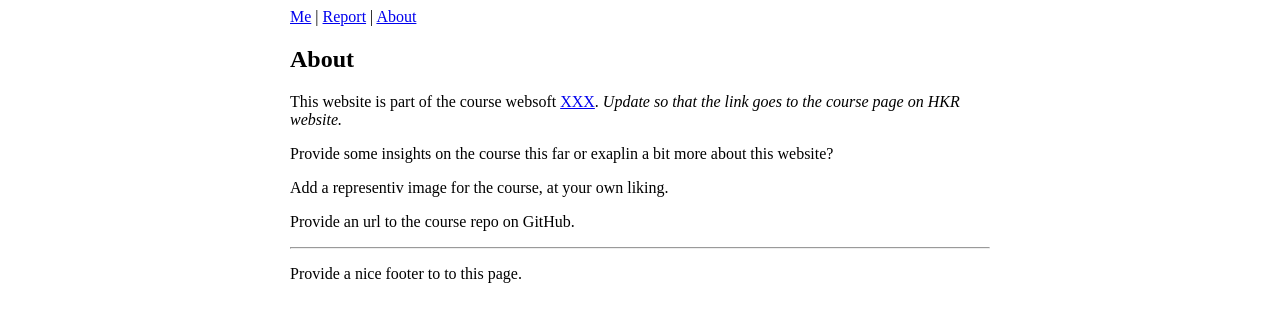
Repository: Webbprogrammering/websoft
Page: work/report/about.html
The author's editor kept a copy of each file at every save. The page is drawn from the files as they stood at one save, then again after the next save.
The browser window is 1280 px wide. The pictures show the whole page.

Above is the page before, as saved 2020-01-24 07:23:44.

After the next save:
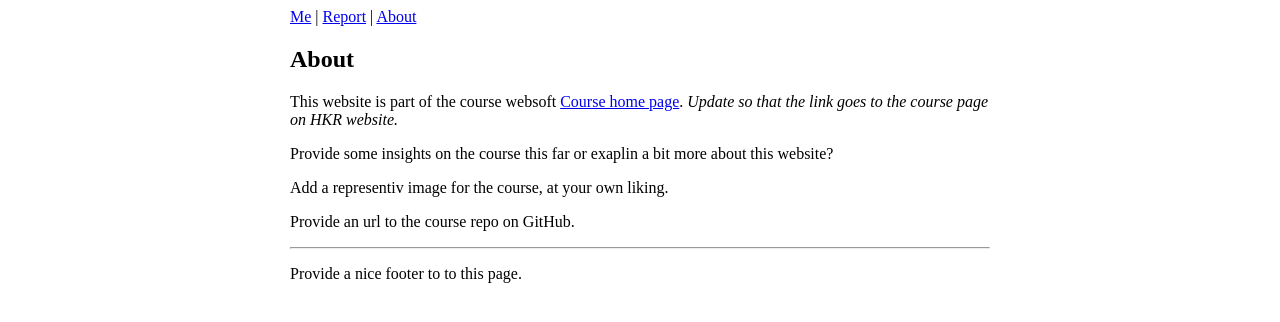
Saved 9 s later.
--- a/work/report/about.html
+++ b/work/report/about.html
@@ -24,7 +24,7 @@
 
 <h1>About</h1>
 
-<p>This website is part of the course websoft <a href="https://www.hkr.se/kurs/DA377B/kursplan">XXX</a>. <i>Update so that the link goes to the course page on HKR website.</i></p>
+<p>This website is part of the course websoft <a href="https://www.hkr.se/kurs/DA377B/kursplan">Course home page</a>. <i>Update so that the link goes to the course page on HKR website.</i></p>
 
 <p>Provide some insights on the course this far or exaplin a bit more about this website?</p>
 
